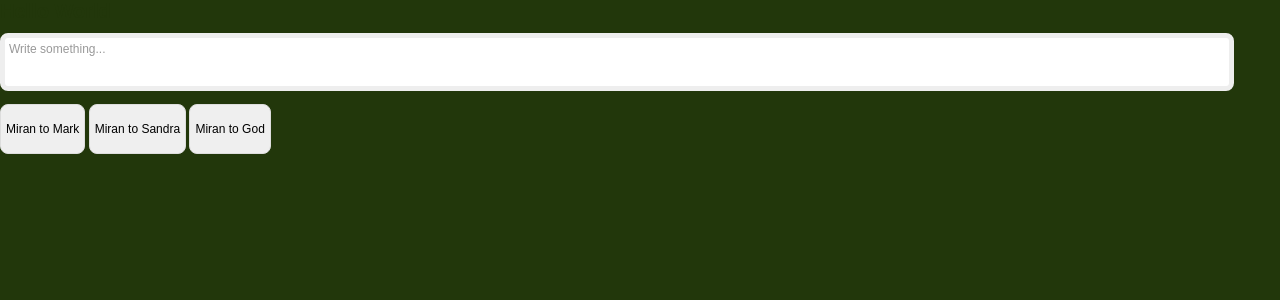
Repository: mbadzak/bazukalator
Page: Bazukalator/assets/www/index.html
An editor plug-in stored every save of this project. The page is shown before and after the next save, followed by the edit.
The browser window is 1280 px wide. The pictures show the whole page.

Above is the page before, as saved 2012-10-14 05:57:16.

### Bazukalator/assets/www/index.html
<!DOCTYPE HTML>
<html>
<head>
<title>Hello World</title>
<script type="text/javascript" charset="utf-8" src="cordova-2.1.0.js"></script>
<script type="text/javascript" src="jquery.min.js"></script>
<script type="text/javascript" src="jquery.autosize-min.js"></script>
<script type="text/javascript" src="utl.js"></script>

<link type="text/css" href="style.css" rel="stylesheet">
<style>
.lang_button {
  height: 50px;
  padding: 5px;
}
.post_box {
  padding: 5px;
  position: relative;
  top: 1px;
}
body {
  background-image: none;
}
.this_page {
  text-align: left;
  background-size: 100%;
  background-attachment: fixed;
  background-repeat: repeat-x;
}
</style>

</head>
<body>


<script type="text/javascript">
    var orig_text = "";
</script>
<div class="this_page">
  <div class="generic_heading" style="color: #22370B">
   Hello World
  </div>
  <div style="margin-top: 10px; text-align: left;">
    <textarea name="msg"
              id="msg"
              onFocus="utl_clear_text_field(this, 'Write something...');"
              class="generic_box"
              style="width: 95%; height: 40px; border: 5px solid #eeeeee; z-index: 1;"
              autocomplete="off">Write something...</textarea>
  </div>
  <div style="margin-top: 10px;">
    <input type="button"
           id="btn_submit1"
           class="lang_button"
           value="Miran to Mark">
    <input type="button"
           id="btn_submit2"
           class="lang_button"
           value="Miran to Sandra">
    <input type="button"
           id="btn_submit3"
           class="lang_button"
           value="Miran to God">
  </div>

  <div id="post" style="margin: 20px 0px 0px 5px; text-align: left; display: none; ">
    <div style="float: left; clear: both; width: 50%; font-size: 11px;">
      <input type="radio"
           id="post_facebook"
           class="post_box"
           checked="checked"
           value="Post to Facebook">
           <img class="button_img img_norad" src="img/fb-icon.png" width="15" height="15">
           Facebook
    </div>
    <div style="float: left; width: 50%; font-size: 11px;">
      <input type="radio"
           id="post_twitter"
           class="post_box"
           checked="checked"
           value="Post to Facebook">
           <img class="button_img img_norad" src="img/twitter-icon.png" width="15" height="15">
           Twitter
    </div>
  </div>
  <div id="post2" style="display: none; margin-top: 55px; margin-left: 0px;">
      <input type="button" value="Post" style="padding: 5px;">
  </div>
</div>
<script type="text/javascript">
    $("#btn_submit1").click(function() { submit(1); });
    $("#btn_submit2").click(function() { submit(2); });
    $("#btn_submit3").click(function() { submit(3); });

    function submit(lang) {
        if (orig_text == "")
            orig_text = $("#msg").val();

        var req = orig_text;
        if (req == "")
            return;

        $.post("http://localhost:8080/index.php/translator/svc",
              { req: req, lang: lang },
              function(data) {
             	$("#msg").val(data);
                $("#post").css("display", "block");
                $("#post2").css("display", "block");
              }
        );
    }

    function reset()
    {
    	$('#msg').val('');
        orig_text = "";
        $("#post").css("display", "none");
        $("#post2").css("display", "none");
    }

</script>

</body>
</html>

### Bazukalator/assets/www/jquery.autosize-min.js
// Autosize 1.7 - jQuery plugin for textareas
// (c) 2011 Jack Moore - jacklmoore.com
// license: www.opensource.org/licenses/mit-license.php
(function(a,b){var c="hidden",d='<textarea style="position:absolute; top:-9999px; left:-9999px; right:auto; bottom:auto; box-sizing:content-box; word-wrap:break-word; height:0 !important; min-height:0 !important; overflow:hidden">',e=["fontFamily","fontSize","fontWeight","fontStyle","letterSpacing","textTransform","wordSpacing"],f="oninput",g="onpropertychange",h=a(d)[0];h.setAttribute(f,"return"),a.isFunction(h[f])||g in h?a.fn.autosize=function(b){return this.each(function(){function p(){var a,b;m||(m=!0,j.value=h.value,j.style.overflowY=h.style.overflowY,j.style.width=i.css("width"),j.scrollTop=0,j.scrollTop=9e4,a=j.scrollTop,b=c,a>l?(a=l,b="scroll"):a<k&&(a=k),h.style.overflowY=b,h.style.height=h.style.minHeight=h.style.maxHeight=a+o+"px",setTimeout(function(){m=!1},1))}var h=this,i=a(h).css({overflow:c,overflowY:c,wordWrap:"break-word"}),j=a(d).addClass(b||"autosizejs")[0],k=i.height(),l=parseInt(i.css("maxHeight"),10),m,n=e.length,o=i.css("box-sizing")==="border-box"?i.outerHeight()-i.height():0;l=l&&l>0?l:9e4;while(n--)j.style[e[n]]=i.css(e[n]);a("body").append(j),g in h?f in h?h[f]=h.onkeyup=p:h[g]=p:h[f]=p,a(window).resize(p),i.bind("autosize",p),p()})}:a.fn.autosize=function(){return this}})(jQuery);

### Bazukalator/assets/www/utl.js
String.prototype.trim = function() {
    return this.replace(/^\s+|\s+$/g, "");
};
String.prototype.trim_newline = function() {
	return this.replace(/(\r\n|\n|\r)/gm,"");
};

/*
 * utl_clear_text_field
 * IN	field	field to clear
 */
function utl_clear_text_field(field, init_value) {
	if (field.value.toString() == init_value.toString())
		field.value = "";
	field.style.color = "#000000";
	field.style.background = "#FFFFFF";
}

function utl_clear_text_field_id(id, init_value)
{
	var field = document.getElementById(id);
	return utl_clear_text_field(field, init_value);
}

function utl_clear_password_field(disp_p, real_p) {
	var dp = document.getElementById(disp_p);
	var rp = document.getElementById(real_p);
	dp.style.display = "none";
	rp.style.display = "inline";

	rp.focus();
}

function utl_reset_password_field(disp_p, real_p) {
	var dp = document.getElementById(disp_p);
	var rp = document.getElementById(real_p);
	if (rp.value == "") {
		dp.style.display = "inline";
		rp.style.display = "none";
		dp.value = "Password";
	}
}

function utl_reset_text_field(field, value) {
	if (field.value == "") {
		field.value = value;
		field.style.color = "#999999";
	}
}

function utl_focus(id)
{
	var elem = document.getElementById(id);
	elem.focus();
}

function utl_is_int(a)
{
	return parseInt(a, 10) === a;
}
function utl_handle_enter(field, event)
{
	if (event.keyCode == 13) {
		$(field).closest('form').submit();
		return false;
	}
	return true;
}

/**
 * @deprecated use jquery plugin instead
 * @param field
 * @param event
 * @param max_per_line
 */
function utl_expand_texarea_as_you_go(field, event, max_per_line)
{
	var chars = field.value.length;
	var rows = chars / max_per_line;
	var newline_count;
	var total_size = 18;
	var modified = false;

	if (chars == 0) return;

	newline_count = (field.value.split('\n')).length - 1;

	if (utl_is_int(rows))
	{
		total_size += (rows * 12);
		modified = true;
	}

	if (newline_count > 0) {
		total_size += (newline_count * 16);
		modified = true;
	}

	if (modified)
		field.style.height = total_size + "px";
}

/*
 * utl_toggle_visibility
 * IN	field	field to clear
 */
function utl_toggle_visibility(field) {
	var fl = document.getElementById(field);
	fl.style.display = (fl.style.display == "block") ? "none" : "block";
}

/*
 * utl_toggle_visibility
 * IN	field	field to show
 */
function utl_show_field(field) {
	var fl = document.getElementById(field);
	if (fl == null)
		return;
	fl.style.display = "block";
}

function utl_hide_field(field) {
	var fl = document.getElementById(field);
	if (fl == null)
		return;
	fl.style.display = "none";
}

function utl_show_obj(obj)
{
	obj.style.display = "block";
}
function utl_hide_obj(obj)
{
	obj.style.display = "none";
}


function generate_uuid()
{
	/* credit: http://stackoverflow.com/questions/105034/how-to-create-a-guid-uuid-in-javascript */
	var uuid = 'xxxxxxxx-xxxx-4xxx-yxxx-xxxxxxxxxxxx'.replace(/[xy]/g, function(c) {
	    var r = Math.random()*16|0, v = c == 'x' ? r : (r&0x3|0x8);
	    return v.toString(16);
	});

	return uuid;
}

### Bazukalator/assets/www/style.css
* {
	font-family: Arial, Geneva, Helvetica, sans-serif;
	font-size: 12px;
	outline-width: 0px;
}
body {
 	margin: 0px;
 	text-align: center;
	background-image: url(img/bg7.jpg);
	background-size: 100%;
	background-attachment: fixed;
	background-repeat: repeat-x;
	background-color: #22370B;
}
textarea {
	resize: none;
}
textarea, select,
input {
	border: 1px solid #DDD;
	-moz-border-radius: 8px;
  	-webkit-border-radius: 8px;
  	border-radius: 8px;
  	behavior: url(../../../pie/PIE.php);
}
select {
	border: 1px solid #DDD;
}

.browse_image_button,
.generic_button,
.generic_button_cancel,
.loginbutton {
	font-size: 12px;
	background-color: #22370B;
	color: #FFFFFF;
	text-decoration: none;
	padding: 4px 6px 4px 6px;
	border: 0px none;
	font-weight: bold;
	width: auto;
	overflow: visible;
	margin: 0px 0px 0px 0px;
	cursor: default;

	-moz-border-radius: 8px;
  	-webkit-border-radius: 8px;
  	border-radius: 8px;
  	behavior: url(../../../pie/PIE.php);

  	cursor: pointer;
}
.generic_button:hover {
	background-color: #6EA000;
}
.generic_button_cancel:hover {
	background-color: #ffffff;
}
<!--[if IE]>
<style>
.browse_image_button,
.generic_button,
.generic_button_cancel,
.loginbutton {
    width: 0px;
}
</style>
<![endif]-->

.loginbutton {
	width: 30px;
	padding: 0px;
}
.generic_button_cancel {
	color: #000000;
	background-color: #EFF5ED;
}
.browse_image_button {
	background-color: transparent;
	color: #000000;
	border: thin solid #20862F;
	height: 20px;
}

.generic_box,
.generic_box_blank,
.stallboxpost,
.stallboxpostreply,
.searchbox,
.loginbox,
.loginbox_selected {
	font-size: 12px;
	border: 1px solid #DDD;
	padding: 4px;
	margin: 0px;
	color: #999999;
}
.generic_box_blank {
	color: #000000;
}
.loginbox_selected {
	color: #000000;
}
.searchbox {
	border: 0px none;
	width: 135px;
}

.line {
	border-top-width: 1px;
	border-top-style: solid;
	border-top-color: #20862F;
}
.footer {
	clear: both;
	color: white;
	font-size: 12px;
}

.change_picture_link,
.more_teams_link,
.more_games_link,
.vertical_menu_link {
	text-decoration: none;
	border: 0px none;
	font-weight: bold;
	cursor: pointer;
}
.menu_link {
	cursor: pointer;
	padding: 10px;
	bottom: +10px;
	position: relative;
	font-weight: bold;
}
.more_games_link,
.more_teams_link {
	color: #1B7027;
}
.more_games_link {
	margin-bottom: 20px;
}
.vertical_menu_link {
	width: 150px;
	float: left;
}
.change_picture_link {
	font-size: 10px;
	width: 95px;
}
.field_name {
	font-size: 12px;
	color: #000000;
}
.home_sport_listing {
	font-size: 12px;
	color: #000000;
	font-weight: none;
}
.generic_heading,
.user_heading {
	font-size: 20px;
	font-weight: bold;
}

.generic_subheading,
.item_descriptor,
.team_subheading,
.user_subheading {
	font-size: 12px;
	font-weight: bold;
	color: #777777;
}
.user_subheading {
	font-size: 14px;
}
.menu_item_img {
	position:relative;
	bottom:-3px;
	left: -2px;

}
.menu_item {
	padding-left: 10px;
	padding-right: 10px;
	padding-top: 4px;
	padding-bottom: 4px;
	float: left;
	-moz-border-radius: 8px;
	-webkit-border-radius: 8px;
	border-radius: 8px;
	behavior: url(../../../pie/PIE.php);
}
.button_img {
	position:relative;
	bottom:-2px;
	left: -0px;
}
h3,
h1 {
	font-size: 18px;
	font-weight: bold;
}
h3 {
	color: #CCCCCC;
}
h2 {
	font-size: 12px;
}
.small_instructions {
	font-size: 10px;
	color: gray;
}

.team_standings_entry_small {
	font-size: 10px;
	color: #777777;
	font-weight: normal;
}
.stall {
	border-top-width: 0;
	/* border-right-width: thin; */
	border-top-style: solid;
	/* border-right-style: solid; */
	border-top-color: #CCCCCC;
	border-left-width: 0;
	border-left-style: solid;
	border-left-color: #CCCCCC;
}
.league_stats {
	border-top-width: 0px;
	/* border-right-width: thin; */
	border-top-style: solid;
	/* border-right-style: solid; */
	border-top-color: #CCCCCC;
	/* border-right-color: #CCCCCC; */
}
.team_standings_heading,
.team_standings_entry {
	font-size: 12px;
	text-align: center;
}
.team_standings_heading {
	font-weight: bold;
	float: left;
	width:40px;
	height:30px;
}

/*
 * Team and league display headings
 */
.team_upcoming_heading,
.team_results_heading {
	font-weight: bold;
	width: 420px;
	height: 20px;
	clear: both;
	margin-bottom: 5px;
	font-size: 14px;
	text-align: center;
}

.team_results_entry,
.team_upcoming_entry {
	font-size: 12px;
	width: 181px;
	float: left;
}

.team_upcoming_vs {
	font-weight: bold;
	font-size: 18px;
	width: 58px;
	float: left;
	position: relative;
	bottom: +5px;
}
.team_results_score {
	font-weight: bold;
	font-size: 18px;
	width: 25px;
	position: relative;
	bottom: +4px;
}

.team_standings_rank {
	font-weight: bold;
	font-size: 18px;
	clear: both;
	float: left;
	width: 30px;
	height: 30px;
	position: relative;
	bottom: +3px;
}

.team_standings_rank_small {
	font-weight: bold;
	font-size: 10px;
	bottom: 0px;
	clear: both;
	float: left;
	width: 30px;
	height: 30px;
	position: relative;
	top: 2px;
	color: gray;
}

.team_results_info,
.team_upcoming_info_att,
.team_upcoming_info {
	font-size: 10px;
	width: 420px;
}
.team_upcoming_info_att {
	margin: 0px auto;
	clear: both;
	margin-top: 5px;
	text-align: center;
}

/* **************************** */

.stallboxpost,
.stallboxpost_selected {
	border: 0px solid #DDDDDD;
	color: #666666;
	width: 473px;
    height: 15px;
    background: #EFF5ED;
}
.stallboxpost_selected {
	border: 4px solid #EFF5ED;
	width: 407px;
	font-size: 12px;

	-moz-border-radius: 8px;
	-webkit-border-radius: 8px;
	border-radius: 8px;
	behavior: url(../../../pie/PIE.php);

    background: #EFF5ED !important;

    overflow: hidden;
}
.stallboxpostreply,
.stallboxpostreply_selected {
	border: 0px;
	width: 100px;
	height: 15px;
	background: transparent;
	font-size: 11px;
	margin-left: 310px;
}
.stallboxpostreply_selected {
	width: 372px;
	border: 4px solid #EFF5ED;
	margin-left: 0px;
	-moz-border-radius: 8px;
	-webkit-border-radius: 8px;
	border-radius: 8px;
	behavior: url(../../../pie/PIE.php);

	background: #EFF5ED !important;

	overflow: hidden;

	margin-bottom: 10px;
}
#stallboxpost_thumb {
	width: 60px;
	float: left;
	display: none;
}

.stallpostreply,
.stallpost {
	background-color: #EFF5ED;
	text-align: left;

	-moz-border-radius: 8px;
	-webkit-border-radius: 8px;
	border-radius: 8px;
	behavior: url(../../../pie/PIE.php);
}
.stallpostreply_entry_hidden,
.stallpostreply_entry {
	clear: both;
	padding-top: 3px;
	padding-left: 60px;
}
.stallpostreply_entry_hidden {
	display: none;
}
.stallpostreply_entry_show {
	clear: both;
	padding: 2px;
	margin: 0px 0px 8px 60px;
	-moz-border-radius: 8px;
	-webkit-border-radius: 8px;
	border-radius: 8px;
	behavior: url(../../../pie/PIE.php);
	background: #EFF5ED;
	text-align: center;
	font-size: 10px;
	font-weight: bold;
	width: 150px;
	cursor: pointer;
	color: #1B7027;
}
.stallpostreply_entry_reply {
	clear: both;
	padding: 2px;
	margin: 0px 0px 8px 60px;
	-moz-border-radius: 8px;
	-webkit-border-radius: 8px;
	border-radius: 8px;
	behavior: url(../../../pie/PIE.php);
	background: #EFF5ED;
	text-align: center;
	font-size: 10px;
	font-weight: bold;
	width: 100px;
	cursor: pointer;
	color: #1B7027;
}

.miran {
	background: #EFF5ED !important;
	text-align: left;
	height: 25px;
	float: left;
	clear: both;
	margin-bottom: 10px;
	padding-top: 10px;

	-moz-border-radius: 8px;
	-webkit-border-radius: 8px;
	border-radius: 8px !important;
	behavior: url(../../pie/PIE.php) !important;
}
.stallpostreply {
	float: left;
	padding: 1px 8px 1px 8px;
	width: 356px;
	border-top-width: 0px;
	background: none;
}
.stallpost {
	float: left;
	padding: 3px 12px 3px 12px;
	width: 396px;
	margin-bottom: 5px;
}

.stallpost_delete {
	bottom: 0px;
	color: #FFFFFF !important;
	background: #22370B;
	padding: 0px 2px 0px 2px;
	margin-left: 8px;
	position: relative;
	left: 12px;
	-moz-border-radius: 8px;
	-webkit-border-radius: 8px;
	border-radius: 8px !important;
	behavior: url(../../pie/PIE.php) !important;
}

.stall_message_body_reply,
.stall_message_body {
	font-size: 11px;
	padding-top: 5px;
	padding-bottom: 5px;
	padding-right: 5px;
	width: 400px;
	overflow: hidden;
}
.stall_message_body_reply {
	width: 380px;
	padding-top: 0px;
}
.stall_message_descriptor_main,
.stall_message_descriptor {
	font-size: 10px;
	color: #777777;
	margin-bottom: 4px;
}
.stall_message_descriptor_main {
	float: left;
	position: relative;
	margin-right: 10px;
	top: +2px;
}
#stall_write_first {
	float: left;
	clear: both;
	position: relative;
	bottom: +4px;
}

.tab_first,
.tab_first_inactive {
	float: left;
	font-size: 13px;
	font-weight: bold;
	color: #FFFFFF;
	background-color: #385C12;
	padding-left: 14px;
	padding-right: 14px;
	padding-top: 4px;
	padding-bottom: 4px;
	margin-left: 8px;
	margin-right: 8px;
	text-align: center;
	vertical-align: middle;
	cursor: pointer;
	-moz-border-radius: 8px;
  	-webkit-border-radius: 8px;
  	border-radius: 8px;
  	behavior: url(../../../pie/PIE.php);
}
.tab_first_inactive {
	background-color: #EFF5ED;
	color: #000000;
}
.tab_menus {
	float: left;
	clear: both;
	padding-top: 5px;
}

.link,
a {
	font-weight: bold;
	color: #1B7027;
	text-decoration: none;
}

.name_link {
	color: #FFFFFF;
	text-decoration: none;
}
.off_link {
	color: #FFFFFF;
	text-decoration: none;
}

.error_text {
	color: #F33C21;
	font-weight: bold;
}

#error {
	color: #F33C21;
	font-weight: bold;
	padding: 10px;
	display: none;
}
#error_check {
	text-align: left;
	padding: 10px;
	background: #fff;
}
.notification,
#notification {
	color: #000000;
	margin: 0px auto;
    text-align: center;
    background: #FFFFB2;
    padding: 10px;
	-moz-border-radius: 8px;
  	-webkit-border-radius: 8px;
  	border-radius: 8px;
  	behavior: url(../../../pie/PIE.php);
}
#info {
	color: #000000;
}
form {
	margin: 0px;
	border: 0px;
}
.footer_text{
	color: #ffffff;
	font-size: 10px;
}
textarea {
	overflow: auto;
}

img {
	border-style: none;
	-moz-border-radius: 8px;
  	-webkit-border-radius: 8px;
  	border-radius: 8px;
  	behavior: url(../../../pie/PIE.php);
}
.img_norad {
	-moz-border-radius: 0px;
  	-webkit-border-radius: 0px;
  	border-radius: 0px;
  	behavior: url(../../../pie/PIE.php);
}

#main_container {
	clear: both;
	width: 960px;
	margin: auto;
}

#forgot_password {
	margin-top: 5px;
}


/************ manage forms ************/
.pref_page {
	margin: 0 auto;
	text-align: left;
	width: 960px;
}
.pref_left {
	width: 220px;
	clear: both;
	float: left;
	height: 50px;
	padding-right: 30px;
	text-align: right;
}
.pref_right {
	width: 679px;
	float: left;
	border-left-color: #DDDDDD;
	border-left-style: solid;
	border-left-width: 1px;
	padding: 5px 0px 0px 30px;
	text-align: left !important;
}
.pref_left_heading {
	float: right;
	clear: both;
	font-size: 18px;
	font-weight: bold;
	text-align: left !important;
}
.pref_left_subheading {
	float: right;
	clear: both;
	font-size: 16px;
	margin-top: 25px !important;
	text-align: left !important;
}
#pref_manage_heading {
	margin-bottom: 25px;
	float: left;
	clear: both;
	width: 177px;
	font-size: 14px;
	font-weight: bold;
	text-align: left;
	cursor: pointer;
}
#pref_manage_subheading {
	margin-bottom: 25px;
	float: left;
	color: gray;
	width: 380px;
	font-size: 10px;
	text-align: left;
	cursor: pointer;
	position: relative;
	top: +2px;
}
#pref_manage_entry {
	float: left;
	clear: both;
	width: 679px;
	text-align: left;
}
#pref_manage_entry_img {
	float: left;
	width: 25px;
	text-align: left;
}
#pref_manage_entry_label {
	float: left;
	font-size: 12px;
	width: 150px;
	position: relative;
	top: +3px;
	text-align: left;
}
#pref_manage_entry_content {
	float: left;
	width: 500px;
	text-align: left;
}
#pref_manage_buttons {
	float: left;
	clear: both;
	width: 520px;
	padding-left: 178px;
	margin-top: 15px;
	margin-bottom: 20px;
    text-align: left;
}
#pref_manage_buttons_left {
	float: left;
	clear: both;
}
#pref_group1,
#pref_group2,
#pref_group3,
#pref_group4
{
	display: none;
}
#pref_group_visible
{
	display: block;
}

.pref_error {
	width: 580px;
	border-left-width: 1px;
	border-left-style: solid;
	border-left_color: red;
}

.shadow {
  -moz-box-shadow:    10px 10px 10px 0px #eee;
  -webkit-box-shadow: 10px 10px 10px 0px #eee;
  box-shadow:         10px 10px 10px 0px #eee;
}
.new_left {
	float: left;
	clear: both;
}

/* Search */
.search_page {
	width: 960px;
	min-height: 400px;
	margin: 0 auto;
	text-align: center;
}
.search_column {
	width: 250px;
	float: left;
	margin-right: 40px !important;
}
.search_column_header {
	width: 250px;
	font-size: 16px;
	font-weight: bold;
	margin-bottom: 15px;
	text-align: left;
}
.search_column_entry {
	width: 250px;
	float: left;
	clear: both;
	height: 40px;
}
.search_column_entry_img {
	width: 40px;
	float: left;
	clear: both;
	padding-right: 5px;
}
.search_column_entry_text {
	width: 205px;
	float: left;
	text-align: left;
	position: relative;
	top: +6px;
}

/* join boxes */
.join_box {
	width: 240px;
	float: right;
	background: #EFF5ED;
	padding: 20px;
	margin-top: 10px;
	-moz-border-radius: 8px;
	-webkit-border-radius: 8px;
	border-radius: 8px;
	behavior: url(../../../pie/PIE.php);
}
.join_header {
	margin: 0px both;
	clear: both;
	text-align: left;
	font-weight: bold;
	font-size: 16px;
	margin-bottom: 15px;
}
.join_entry {
	float: left;
	clear: both;
	height: 30px;
	text-align: left;
}
.join_text {
	float: left;
	clear: both;
	width: 90px;
	position: relative;
	top: +5px;
	text-align: right;
	padding-right: 10px;
}
.join_input {
	float: left;
	width: 210px;
	text-align: left;
}

/* promo */
.promo_container {
	float: left;
	text-align: center;
	margin: 0px auto;
	padding: 10px;
	background: #6ea000;
	-moz-border-radius: 8px;
	-webkit-border-radius: 8px;
	border-radius: 8px;
	behavior: url(../../../pie/PIE.php);
	width: 150px;
	margin-top: 10px;
}
.promo_header {
	float: left;
	clear: both;
	padding: 8px;
 	width: 245px;
	font-size: 16px;
	margin: 50px 20px 8px 0px;
	text-align: left;
	background: #385C12;
	-moz-border-radius: 8px;
	-webkit-border-radius: 8px;
	border-radius: 8px;
	behavior: url(../../../pie/PIE.php);
	color: #FFFFFF;
}
.promo_header_strong {
	font-size: 16px;
	font-weight: bold;
}
.promo_entries {
	float: left;
	text-align: left;
}
.promo_entry {
	float: left;
	width: 639px;
	background: #EFF5ED;
	padding: 20px;
	margin-top: 40px;
	-moz-border-radius: 8px;
	-webkit-border-radius: 8px;
	border-radius: 8px;
	behavior: url(../../../pie/PIE.php);
}
.promo_entry_line1 {
	float: left;
	font-size: 16px;
	font-weight: bold;
	width: 100%;
	cursor: pointer;
}
.promo_entry_line2 {
	float: left;
	font-size: 15px;
	margin-top: 5px;
	width: 100%;
	display: none;
}
.promo_link {
	font-size: 14px;
}

/** other */
.plain_menu_item {
	float: left;
	clear: both;
	margin-top: 10px;
	padding: 5px;
	background: #EFF5ED;
	-moz-border-radius: 8px;
	-webkit-border-radius: 8px;
	border-radius: 8px;
	behavior: url(../../../pie/PIE.php);
}

.main_tag_line {
	-moz-border-radius: 8px;
  	-webkit-border-radius: 8px;
  	border-radius: 8px;
  	behavior: url(../../../pie/PIE.php);
  	padding: 10px;
  	width: 450px;
  	margin: 0px both;
  	clear: both;
  	text-align: center;
  	font-weight: bold;
  	font-size: 28px;
  	margin-bottom: 20px;
  	margin-top: 10px;
  	color: #ffffff;
  	background: #385c12;
}
.main_sport_name {
	width: 95px;
	padding: 3px;
	cursor: default;
   	-moz-border-radius: 8px;
  	-webkit-border-radius: 8px;
  	border-radius: 8px;
  	behavior: url(../../../pie/PIE.php);
	font-weight: bolder !important;
	font-size: 14px !important;
	position: absolute;
	top: 60px;
    left: 10px;
    color: #ffffff;
}
.main_sport_container {
	float: left;
	width: 120px;
	height: 100px;
	text-align: center;
	margin: 0px auto;
	position: relative;
	margin-top: 15px;
}

.attendance_control_main {
	-moz-border-radius: 8px;
	-webkit-border-radius: 8px;
	border-radius: 8px;
	behavior: url(../../../pie/PIE.php);
	width: 180px;
	background: #EFF5ED;
	text-align: center;
	margin: 0px auto;
	padding: 2px;
}

.popup_body {
	background-color: white;
	background: none !important;
}

.generic_page_thin,
.generic_page {
	-moz-border-radius: 8px;
  	-webkit-border-radius: 8px;
  	border-radius: 8px;
  	behavior: url(../../../pie/PIE.php);
  	background: #FFFFFF;
  	padding: 15px;
  	margin: 0px auto;
  	text-align: center;
}
.generic_page_thin {
	padding: 5px;
}

.connections_number {
	font-size: 20px;
}
.connections_desc {
	font-size: 12px;
	clear: both;
	font-weight: bold;
	color: gray;
}

.tsp_carousel {
	-moz-border-radius: 8px;
  	-webkit-border-radius: 8px;
  	border-radius: 8px;
  	behavior: url(../../../pie/PIE.php);

  	width: 930px;
  	height: 350px;
  	margin: 0px auto;
  	text-align: center;
  	padding: 15px;
}
.tsp_carousel_img {
	margin: 0px auto;
	text-align: center;
}

.hidden {
	display: none;
}

.principal_entry {
	float: left;
	width: 210px;
	height: 40px;
	text-align: left;
}
.principal_entry_img {
	float: left;
	clear: both;
	width: 40px;
	height: 40px;
}
.principal_entry_text {
	float: left;
	height: 40px;
	position: relative;
	top: +6px;
}

Loaded but not shown: Bazukalator/assets/www/cordova-2.1.0.js (library); Bazukalator/assets/www/jquery.min.js (library)

After the next save:
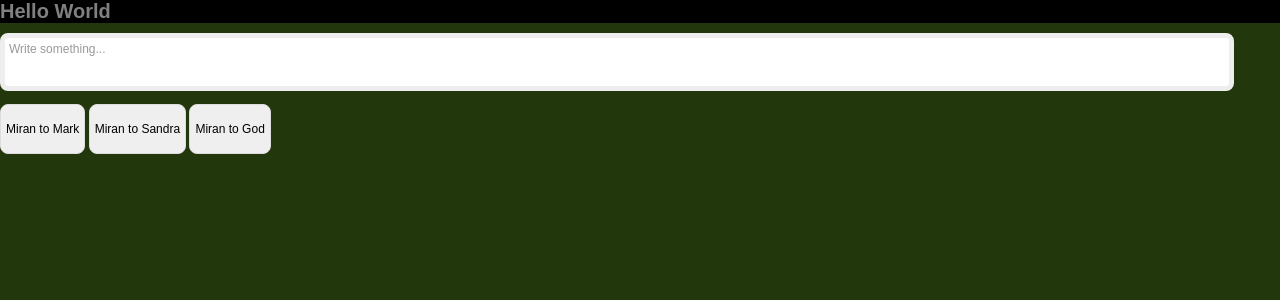
Saved 27 s later.
--- a/Bazukalator/assets/www/index.html
+++ b/Bazukalator/assets/www/index.html
@@ -37,7 +37,7 @@ body {
     var orig_text = "";
 </script>
 <div class="this_page">
-  <div class="generic_heading" style="color: #22370B">
+  <div class="generic_heading" style="color: gray; background: black;">
    Hello World
   </div>
   <div style="margin-top: 10px; text-align: left;">
